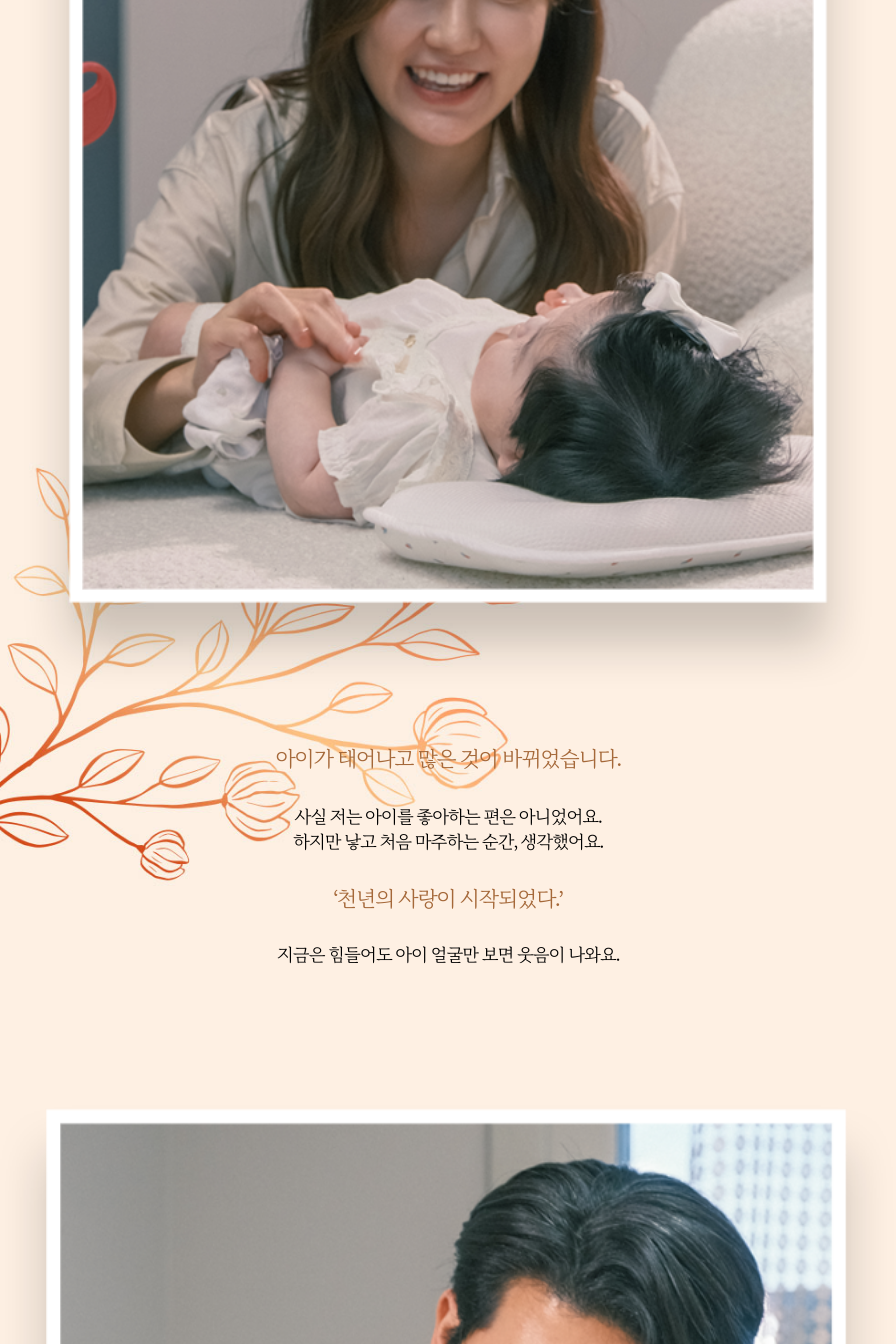
Repository: dlgywls1130/saveTheChildren_2024
Page: index.html
An editor plug-in stored every save of this project. The page is shown before and after the next save, followed by the edit.
The browser window is 1280 px wide. The pictures show the part of the page from y = 3375 to 5295 px (the page is 16333 px tall before and 16303 px after), at 70% of full size.
Some web fonts or font styles are not loaded; a fallback is used. The style sheet was rebuilt from its Sass, Less or Tailwind sources for each picture, by a compiler version that may differ from the author's.

Above is the page before, as saved 2024-11-03 21:13:55.

After the next save:
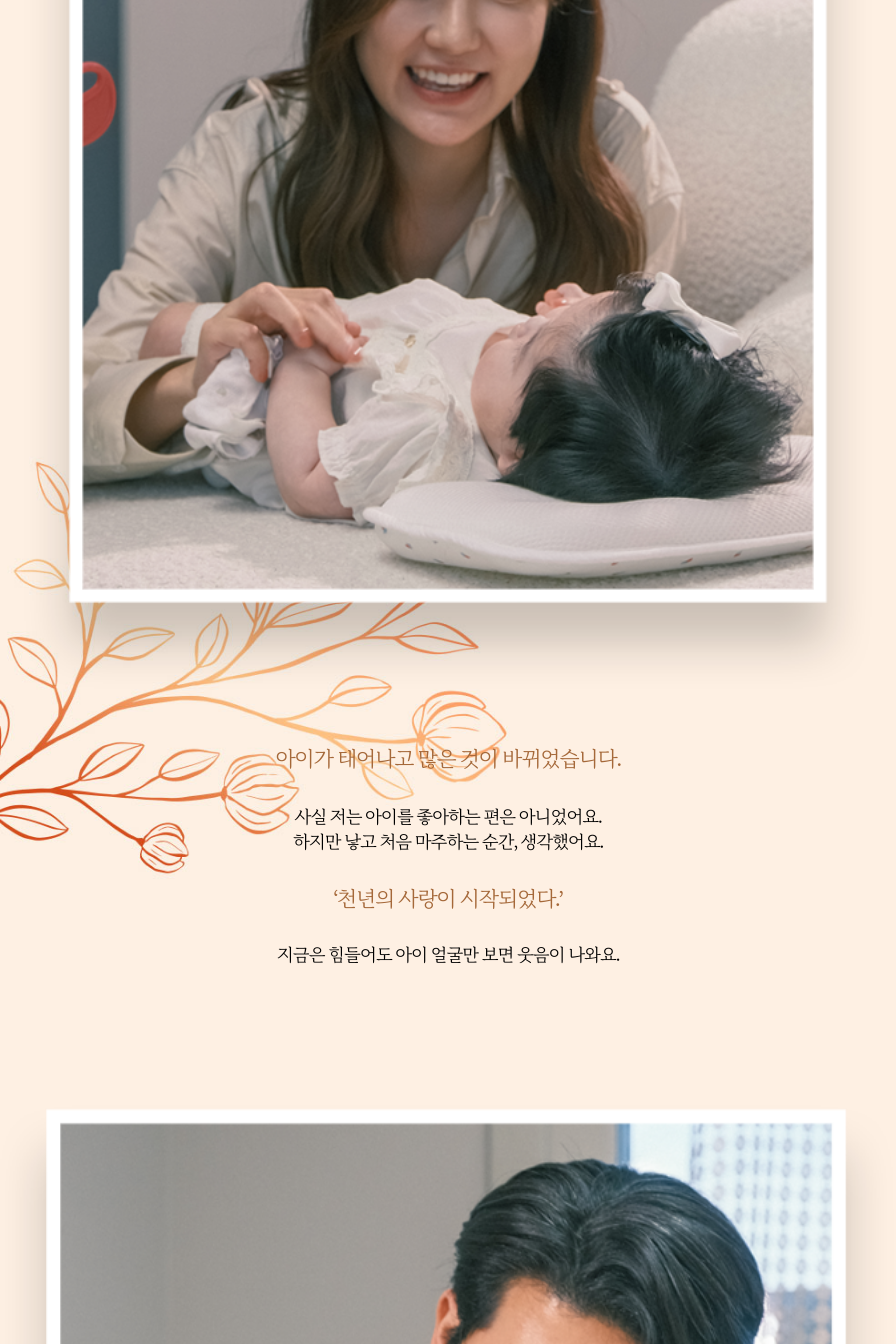
Saved 15 s later.
--- a/index.html
+++ b/index.html
@@ -133,7 +133,7 @@
                     </div>
 
                     <div class="story_text-contain py-100">
-                        <p class="story_text_01 mb-60">
+                        <p class="story_text_01 mb-30">
                             요즘은 수빈이와 함께 놀이터 갈 날을
                             <br>손꼽아 기다리고 있어요.
                         </p>
